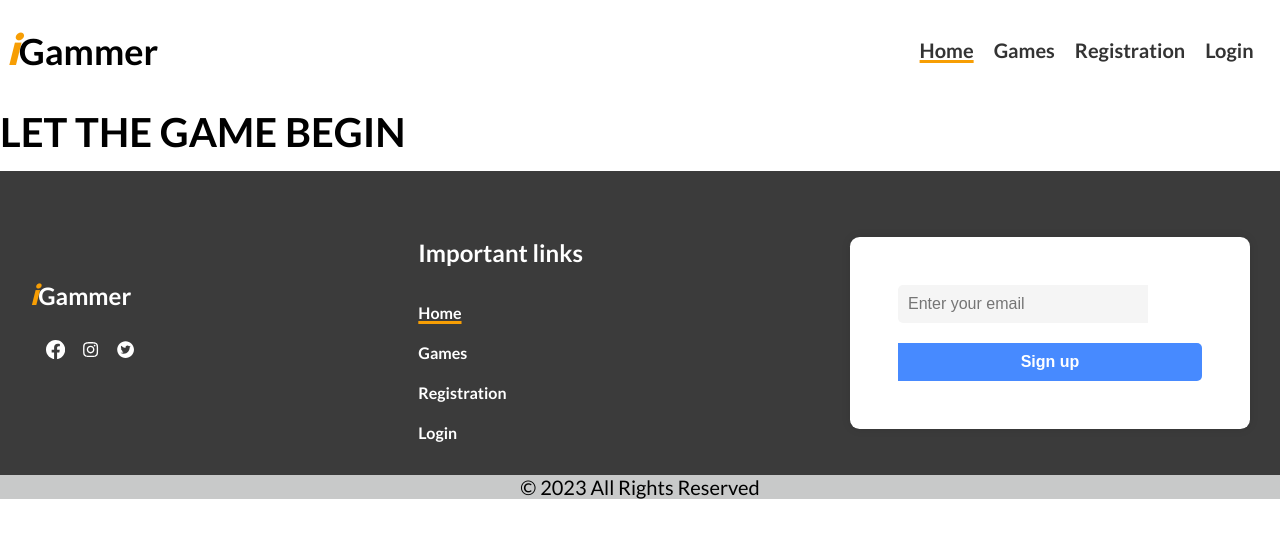
Repository: DannyMyles/iGammer
Page: /
The author's editor kept a copy of each file at every save. The page is drawn from the files as they stood at one save, then again after a run of saves.
The browser window is 1280 px wide. The pictures show the whole page.
The project was rebuilt for these pictures with package versions that can differ from the ones it lists, and the page was loaded fresh each time. Also part of the build but not shown: src/pages/games/games.css, src/pages/games/Games.tsx, src/pages/home/home.css, src/pages/login/Login.tsx, src/pages/playgame/playgame.css, src/pages/playgame/PlayGame.tsx, src/pages/register/register.css, src/pages/register/Register.tsx.

Above is the page before, as saved 2023-03-16 11:43:45.

After the next 2 saves:
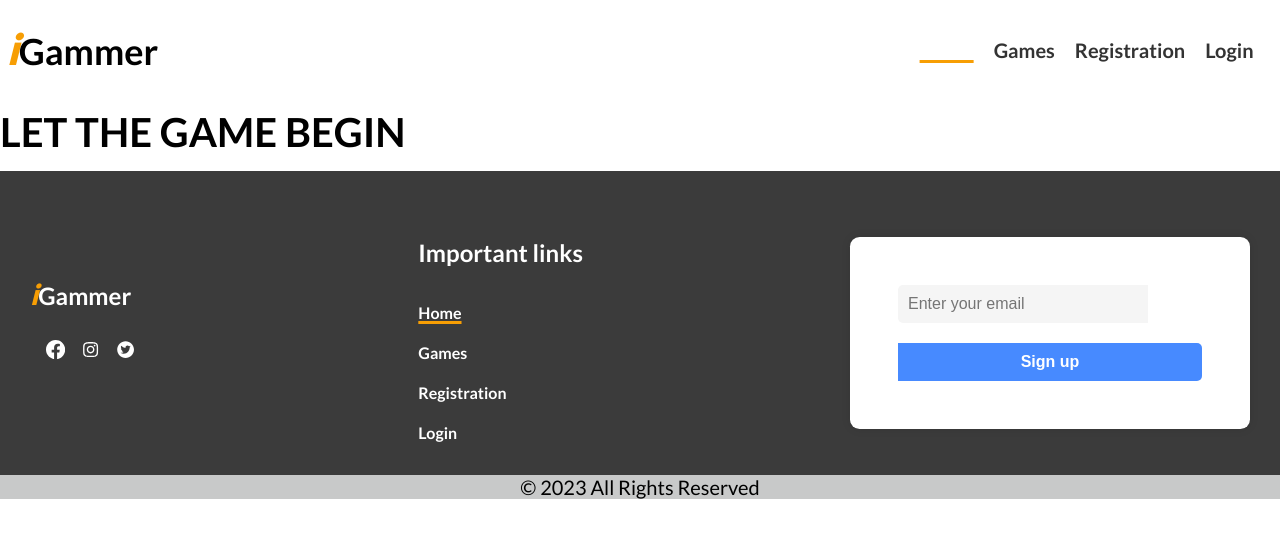
The 2 saves are shown as one change because they came seconds apart.
The last was saved 10 s later.
--- a/src/components/navbar/navbar.css
+++ b/src/components/navbar/navbar.css
@@ -21,5 +21,6 @@
 
 .nav-link.active {
   font-weight: bold;
+  color: rgb(255, 255, 255);
   text-decoration: 3px underline rgb(247, 158, 4);
 }

After the 2 saves that followed:
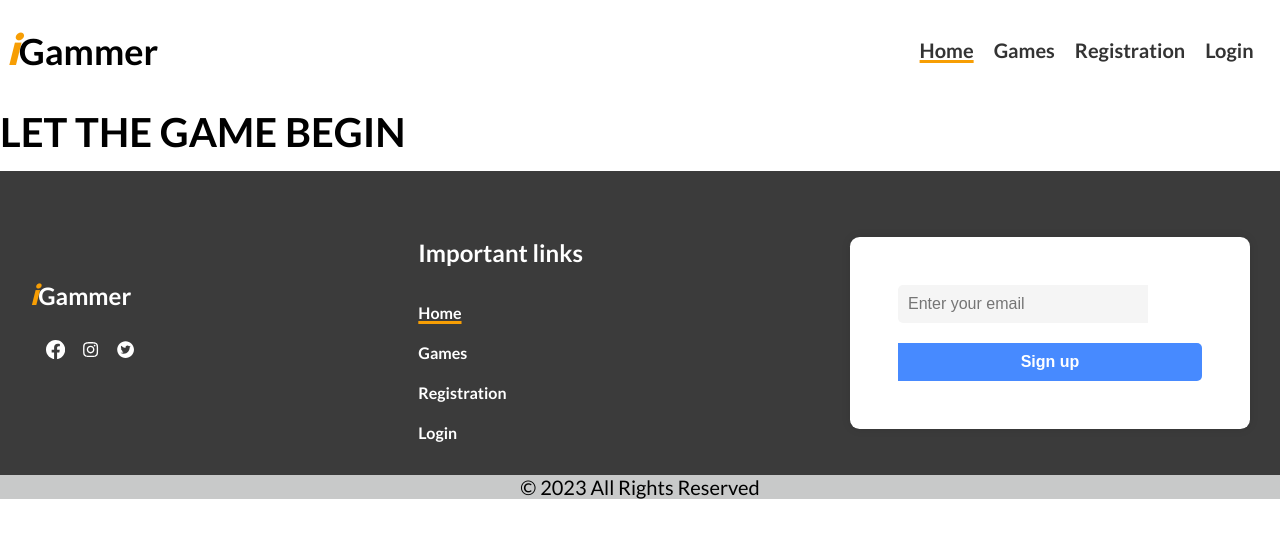
The 2 saves are shown as one change because they came seconds apart.
The last was saved 8 s later.
--- a/src/components/navbar/navbar.css
+++ b/src/components/navbar/navbar.css
@@ -21,6 +21,5 @@
 
 .nav-link.active {
   font-weight: bold;
-  color: rgb(255, 255, 255);
   text-decoration: 3px underline rgb(247, 158, 4);
 }
